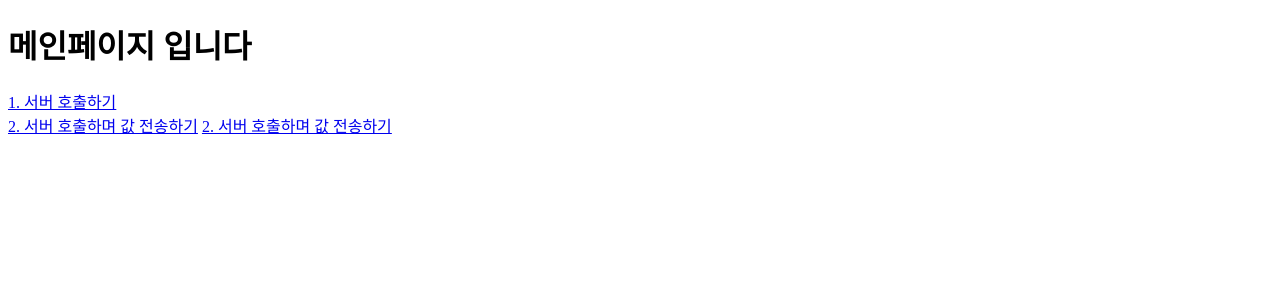
Repository: beescuit9510/toyProjects
Page: web-server-workplace/02_noDbProject/src/main/webapp/index.html
These files come from the project's save history. The page is drawn as it stood at one moment and after the next save; the edit follows.
The browser window is 1280 px wide. The pictures show the whole page.

Above is the page before, as saved 2021-09-29 05:39:05.

After the next save:
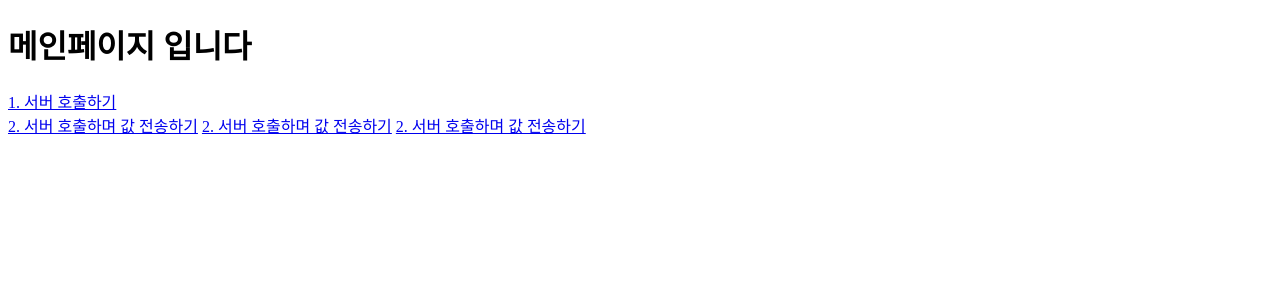
Saved 16 s later.
--- a/web-server-workplace/02_noDbProject/src/main/webapp/index.html
+++ b/web-server-workplace/02_noDbProject/src/main/webapp/index.html
@@ -9,5 +9,6 @@
 	<a href="/requestServer">1. 서버 호출하기</a><br>
 	<a href="/sendData1?test=abc&name=변덕">2. 서버 호출하며 값 전송하기</a>
 	<a href="/sendData2?p1=abc&p2=변덕">2. 서버 호출하며 값 전송하기</a>
+	<a href="/SendData3?p1=abc&p2=변덕">2. 서버 호출하며 값 전송하기</a>
 </body>
 </html>
